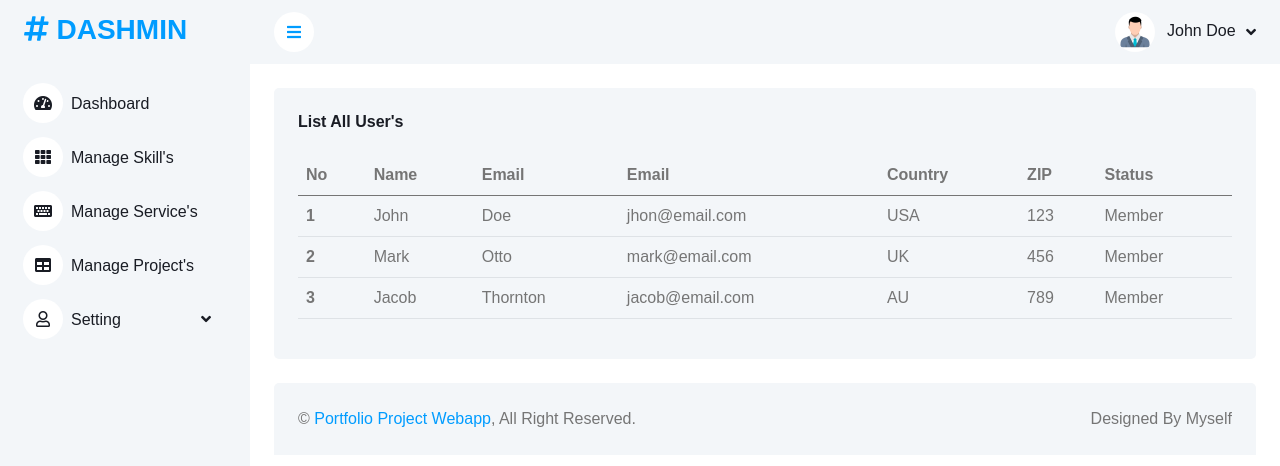
Repository: h4fizm/management-portfolio-project-webapp
Page: http://localhost/manage-user
An editor plug-in stored every save of this project. The page is shown before and after the next save, followed by the edit.
The browser window is 1280 px wide. The pictures show the whole page.
Some web fonts or font styles are not loaded; a fallback is used. Some web libraries are served in a nearby version. The page is served by the project's Laravel application, run on PHP 8.4 with Laravel 12. A made-up administrator, Test User (test@example.com), is signed in.

Above is the page before, as saved 2025-01-15 03:18:50.
Console error: TypeError: Cannot read properties of undefined (reading 'getContext')

After the next save:
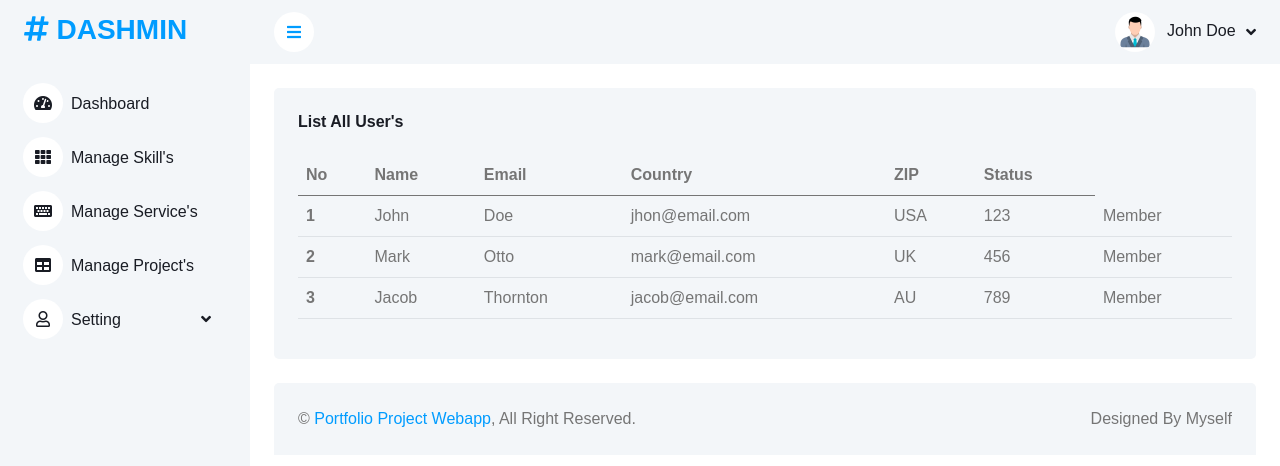
Saved 4 s later.
--- a/resources/views/menu/manage-user.blade.php
+++ b/resources/views/menu/manage-user.blade.php
@@ -11,7 +11,6 @@
                     <tr>
                         <th scope="col">No</th>
                         <th scope="col">Name</th>
-                        <th scope="col">Email</th>
                         <th scope="col">Email</th>
                         <th scope="col">Country</th>
                         <th scope="col">ZIP</th>
